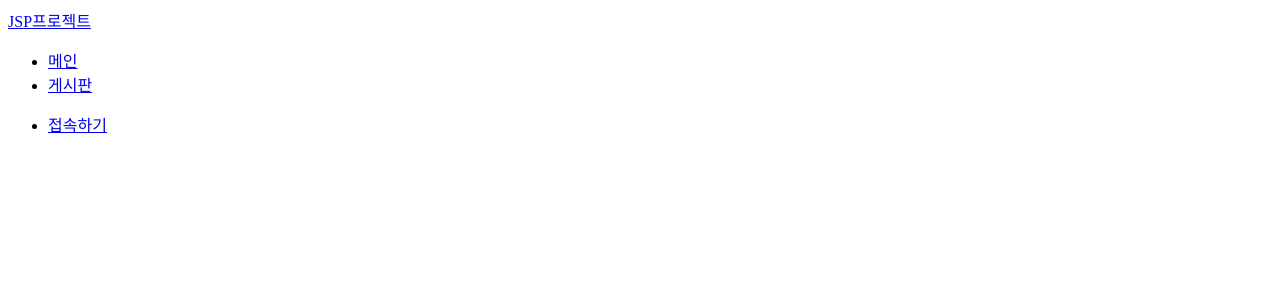
Repository: KimJeongSeok98/ComputerDepartmentPage-JSP
Page: http://localhost/JSP/join.jsp
These files come from the project's save history. The page is drawn as it stood at one moment and after the next save; the edit follows.
The browser window is 1280 px wide. The pictures show the whole page.
The page is served by Tomcat 9.

Above is the page before, as saved 2022-06-02 13:19:45.

After the next save:
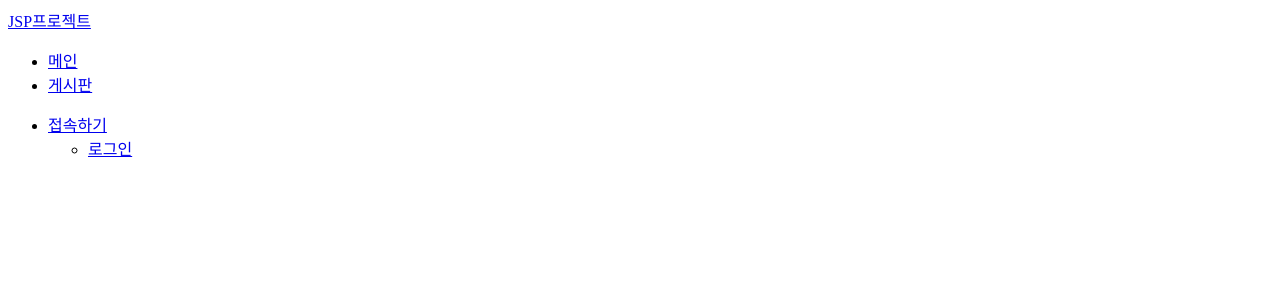
Saved 2 min 56 s later.
--- a/JSP/src/main/webapp/join.jsp
+++ b/JSP/src/main/webapp/join.jsp
@@ -23,6 +23,11 @@
 	<ul>
 		<li>
 			<a href="#" role="buton">접속하기</a> <!--로그인 연결 버튼-->
+			<ul>
+				<li>
+				<a href="login.jsp">로그인</a>
+				</li>
+			</ul>
 		</li>
 	</ul>
 
